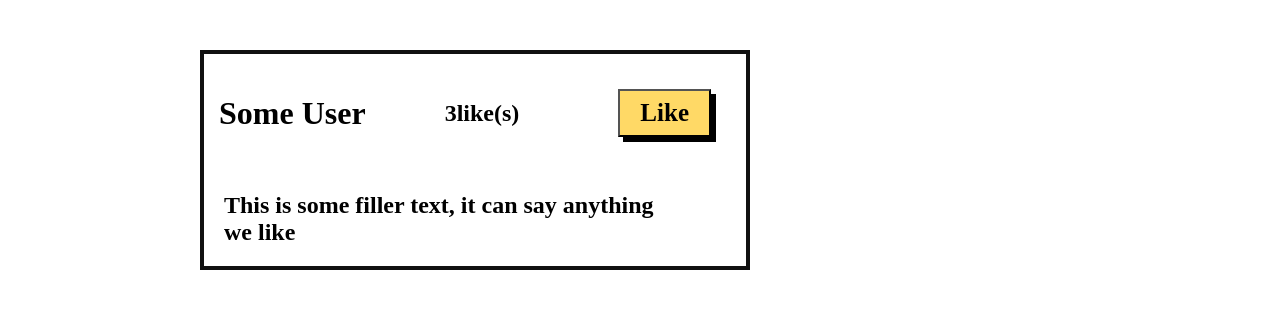
Repository: Blender20/liking_likes
Page: index.html
An editor plug-in stored every save of this project. The page is shown before and after a run of saves, followed by the edit.
The browser window is 1280 px wide. The pictures show the whole page.
Some web fonts or font styles are not loaded; a fallback is used.

Above is the page before, as saved 2022-03-29 21:09:48.

After the next 2 saves:
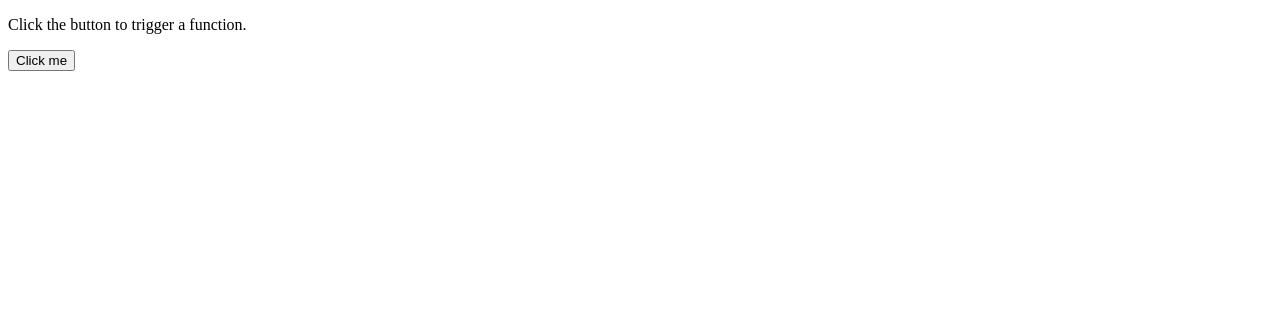
The 2 saves are shown as one change because they came seconds apart.
The last was saved 91 s later.
--- a/index.html
+++ b/index.html
@@ -1,4 +1,4 @@
-<!DOCTYPE html>
+<!-- <!DOCTYPE html>
 <html lang="en">
 
 <head>
@@ -27,4 +27,29 @@
   </div>
 </body>
 
+</html> -->
+
+<!DOCTYPE html>
+<html>
+<head>
+<script>
+     var clicks = 0;
+    function myFunction() {
+
+        clicks += 1;
+        document.getElementById("demo").innerHTML = clicks;
+
+
+    }
+</script>
+</head>
+<body>
+
+<p>Click the button to trigger a function.</p>
+
+<button onclick="myFunction()">Click me</button>
+
+<p id="demo"></p>
+
+</body>
 </html>
